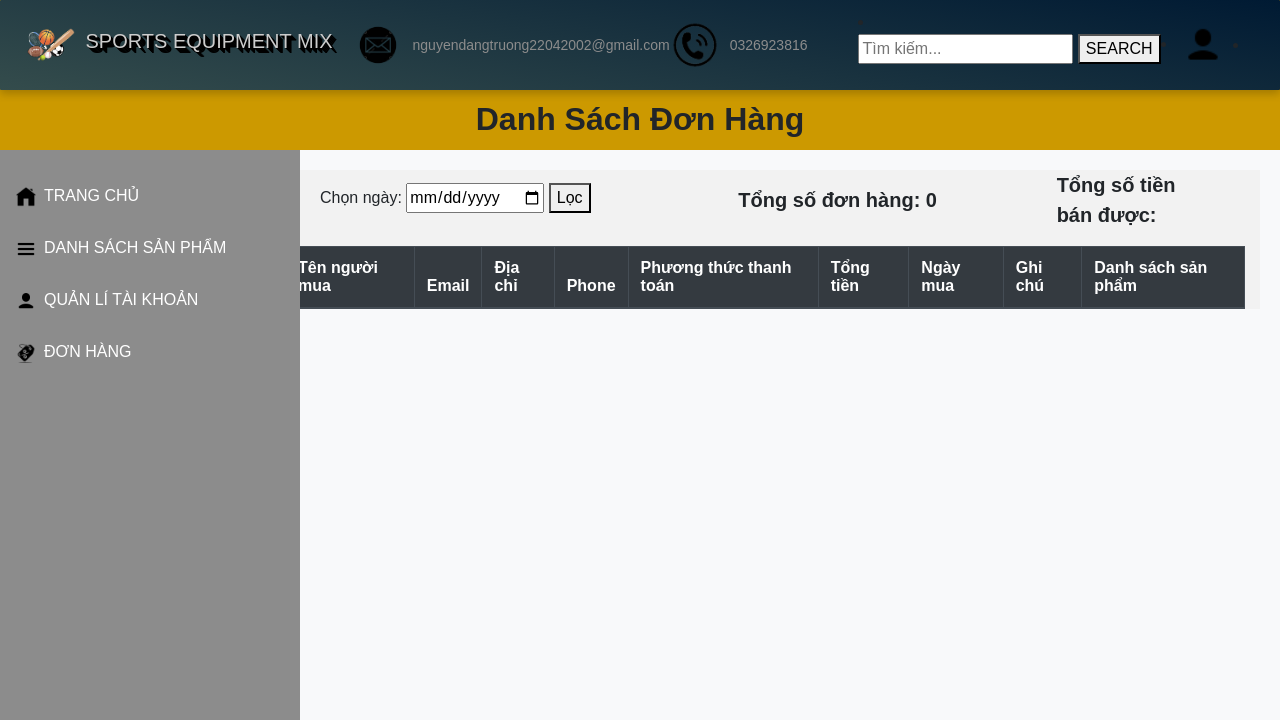
Repository: nguyendangtruong220420002/WWW-BanDungCuThietBiTheThao
Page: http://localhost/WebBanDungCuTheThao/QuanLy/DanhSachUser.jsp
The author's editor kept a copy of each file at every save. The page is drawn from the files as they stood at one save, then again after the next save.
The browser window is 1280 px wide. The pictures show the whole page.
The page is served by Tomcat 10. Other server files are loaded and not shown. The template is opened directly, without the code that normally fills it, so the values that code supplies are empty.

Above is the page before, as saved 2024-07-22 08:04:28.

### WebBanDungCuTheThao/src/main/webapp/QuanLy/DanhSachUser.jsp
<%@ page language="java" contentType="text/html; charset=UTF-8"
	pageEncoding="UTF-8"%>
<%@ taglib uri="http://java.sun.com/jsp/jstl/core" prefix="c"%>

<%@ taglib uri="http://java.sun.com/jsp/jstl/functions" prefix="fn"%>
<%@ taglib uri="http://java.sun.com/jsp/jstl/fmt" prefix="fmt"%>
<html>
<head>
<meta charset="UTF-8">
<title>Quản Lý User</title>
<link
	href="https://stackpath.bootstrapcdn.com/bootstrap/4.5.2/css/bootstrap.min.css"
	rel="stylesheet">
<!-- Bootstrap JS và jQuery -->
<script src="https://code.jquery.com/jquery-3.5.1.slim.min.js"></script>
<script
	src="https://cdn.jsdelivr.net/npm/@popperjs/core@2.9.2/dist/umd/popper.min.js"></script>
<script
	src="https://stackpath.bootstrapcdn.com/bootstrap/4.5.2/js/bootstrap.min.js"></script>
<style>
body {
	font-family: Arial, sans-serif;
	margin: 0;
	padding: 0;
	box-sizing: border-box;
	display: flex;
	flex-direction: column;
	min-height: 100vh;
}

.logo {
	display: flex;
	align-items: center;
	justify-content: space-around;
	padding: 10px;
	background: linear-gradient(10deg, #344c4c, #001a33);
	border-radius: 1px;
	box-shadow: 0 4px 8px rgba(0, 0, 0, 0.2);
}

.logo-left {
	display: flex;
	align-items: center;
}

.logo-right {
	display: flex;
	align-items: center;
}

.logo img {
	height: 50px;
	width: 50px;
	margin-right: 10px;
}

.logo h1 {
	font-size: 20px;
	text-shadow: 1px 1px 0 #000, 2px 2px 0 #000, 3px 3px 0 #000, 4px 4px 0
		#000, 5px 5px 0 #000;
	color: #cccccc;
	font-weight: 100;
	margin-right: 20px;
}

.contact-info {
	display: flex;
	align-items: center;
	margin-right: 20px;
}

.contact-info h2 {
	margin: 0;
	font-size: 14px;
	color: #8c8c8c;
}

.social-icons img {
	height: 40px;
	width: 40px;
	margin: 10px;
}

header {
	background-color: #cc9900;
	height: 150px;
}

.memu-icons {
	height: 15px;
	width: 15px;
	margin: 0 5px;
}

.user-menu {
	display: none;
	position: absolute;
	background-color: white;
	border: 1px solid #ccc;
	padding: 10px;
	right: 15px;
	top: 40px;
}

.user-menu a {
	display: block;
	color: #333;
	text-decoration: none;
	margin: 5px 0;
}

.user-icon {
	position: relative;
	cursor: pointer;
}

.sidebar {
	width: 300px;
	height: 100%;
	background-color: #8c8c8c;
	padding-top: 20px;
	position: fixed;
	top: 150px; /* Dưới header */
	left: 0;
	overflow-y: auto;
}

.nav-list {
	list-style-type: none;
	padding: 0;
	margin: 0;
}

.nav-list li {
	position: relative;
}

.nav-list li a {
	display: block;
	color: white;
	padding: 14px 16px;
	text-decoration: none;
}

.nav-list li a:hover {
	background-color: #111;
}

.menu-icons {
	height: 20px;
	width: 20px;
	margin-right: 8px;
}

.dropdown-content {
	display: none;
	background-color: #444;
	padding-left: 20px;
}

.dropdown-content a {
	color: white;
	padding: 12px 16px;
	text-decoration: none;
	display: block;
}

.dropdown-content a:hover {
	background-color: #555;
}

main {
	margin-left: 250px; /* Để lại khoảng trống cho sidebar */
	padding: 20px;
	flex: 1;
}

.show {
	display: block;
}
   .product-list {
        max-height: 100px; /* Chiều cao tối đa của danh sách sản phẩm */
        overflow: hidden; /* Ẩn nội dung vượt quá chiều cao tối đa */
        transition: max-height 0.3s ease; /* Hiệu ứng chuyển tiếp khi mở rộng */
    }

    .product-list.show-more {
        max-height: 100%; /* Chiều cao tối đa khi mở rộng */
    }

    .show-more-btn {
        cursor: pointer; /* Con trỏ chuột khi di chuột qua nút */
        color: #007bff; /* Màu chữ của nút "Xem thêm" */
        text-decoration: underline; /* Gạch chân chữ */
    }
</style>
<script>
	function toggleUserMenu() {
		var userMenu = document.getElementById("user-menu");
		if (userMenu.style.display === "block") {
			userMenu.style.display = "none";
		} else {
			userMenu.style.display = "block";
		}
	}
	function toggleDropdown(event) {
		event.preventDefault();
		var dropdownContent = event.currentTarget.nextElementSibling;
		dropdownContent.classList.toggle("show");
	}
	function filterByDate() {
	    // Lấy ngày từ form lọc
	    const filterDate = document.getElementById('filterDate').value;
	    const formattedDate = new Date(filterDate).toISOString().split('T')[0]; // Định dạng ngày theo yyyy-MM-dd

	    // Lấy tất cả các hàng trong bảng
	    const rows = document.querySelectorAll('#paymentsTableBody tr');

	    rows.forEach(row => {
	        // Lấy giá trị ngày từ thuộc tính data-date
	        const rowDate = row.getAttribute('data-date');

	        // So sánh ngày để quyết định hiển thị hoặc ẩn hàng
	        if (rowDate === formattedDate) {
	            row.style.display = ''; // Hiển thị hàng
	        } else {
	            row.style.display = 'none'; // Ẩn hàng
	        }
	    });
	}
	function toggleDescription(element) {
        var productList = element.previousElementSibling;
        if (productList.classList.contains('show-more')) {
            productList.classList.remove('show-more');
            element.textContent = 'Xem thêm';
        } else {
            productList.classList.add('show-more');
            element.textContent = 'Thu gọn';
        }
    }

</script>


</head>
<body>
	<header>
		<div class="logo">
			<div class="logo-left">
				<img alt="" src="IMG/logo.png">
				<h1>SPORTS EQUIPMENT MIX</h1>
				<div class="contact-info">
					<img alt="" src="IMG/thu.png" class="social-icons">
					<h2>nguyendangtruong22042002@gmail.com</h2>
					<img alt="" src="IMG/call.png" class="social-icons">
					<h2>0326923816</h2>
				</div>
			</div>
			<div class="logo-right">
				<li>
					<form action="search.jsp" method="get">
						<input type="text" name="query" placeholder="Tìm kiếm...">
						<button type="submit">SEARCH</button>
					</form>
				</li>
				<li><a href="#" class="user-icon" onclick="toggleUserMenu()"><img
						alt="" src="IMG/user.png" style="height: 40px; width: 40px"></a>
					<div id="user-menu" class="user-menu">
						<c:choose>
							<c:when test="${not empty sessionScope.ten}">
								<span class="user-info font-weight-bold text-black"> <c:out
										value="Xin chào: ${sessionScope.ten}" />
								</span>
								<button type="button" class="btn btn-danger"
									onclick="confirmLogout()">Đăng Xuất</button>
							</c:when>
							<c:otherwise>
								<button type="button" class="btn btn-primary"
									data-toggle="modal" data-target="#loginModal">Đăng
									Nhập</button>
								<button type="button" class="btn btn-primary"
									data-toggle="modal" data-target="#registerModal">Đăng
									Ký</button>
							</c:otherwise>
						</c:choose>
					</div></li>
				<li>
			</div>
		</div>
		<div style="text-align: center; margin-top: 10px">
			<h2 style="font-weight: bold;">Danh Sách Đơn Hàng</h2>
		</div>
	</header>
	<nav class="sidebar">
		<ul class="nav-list">
			<li><a href="Admin.jsp"><img alt="" src="IMG/home.png"
					class="menu-icons">TRANG CHỦ</a></li>
			<li class="dropdown"><a href="javascript:void(0)"
				class="dropbtn" onclick="toggleDropdown(event)"><img alt=""
					src="IMG/menu.png" class="menu-icons">DANH SÁCH SẢN PHẨM</a>
				<div class="dropdown-content">
					<a href="DanhSachLoaiSanPhamServlet">Loại Sản phẩm</a> <a
						href="DanhSachSanPhamServlet">Sản phẩm</a>
				</div></li>
			<li><a href="users.jsp"><img alt="" src="IMG/user.png"
					class="menu-icons">QUẢN LÍ TÀI KHOẢN</a></li>
			<li><a href="DSDonHangServlet"><img alt=""
					src="IMG/sale.png" class="menu-icons">ĐƠN HÀNG</a></li>
		</ul>
	</nav>
	<main>
		<div class="container"
			style="background-color: #f2f2f2; max-width: 1600px">

			<div class="content">
				<div class="row mb"
					style="display: flex; align-items: center; margin-left: 20px;">

					<div class="col-md-4" style="display: flex; align-items: center;">
						<form id="filterForm" method="get">
							<label for="filterDate">Chọn ngày:</label> <input type="date"
								id="filterDate" name="filterDate" value="${filterDate}" />
							<button type="submit">Lọc</button>
						</form>
					</div>

					<div class="col-md-4"
						style="font-weight: bold; font-size: 20px; margin-left: 100px">

						<p>Tổng số đơn hàng: ${fn:length(payments)}</p>
					</div>
					<div class="col-md"
						style="font-weight: bold; font-size: 20px; margin-right: 50px">

						<p>Tổng số tiền bán được: ${totalSales}</p>
					</div>
				</div>

			</div>
			<table class="table table-bordered">
				<thead class="thead-dark">
					<tr>
						<th>Tên người mua</th>
						<th>Email</th>
						<th>Địa chỉ</th>
						<th>Phone</th>
						<th>Phương thức thanh toán</th>
						<th>Tổng tiền</th>
						<th>Ngày mua</th>
						<th>Ghi chú</th>
						<th>Danh sách sản phẩm</th>
					</tr>

				</thead>
				<tbody id="paymentsTableBody">
					<c:forEach var="payment" items="${payments}">
						<tr>
							<td>${payment.hoten}</td>
							<td>${payment.email}</td>
							<td>${payment.address}</td>
							<td>${payment.phone}</td>
							<td>${payment.paymentMethod}</td>
							<td>${payment.total}</td>
							<td><fmt:formatDate value="${payment.purchaseDate}"
									pattern="dd-MM-yyyy HH:mm" /></td>
							<td>${payment.ghichu}</td>
							<td>
    <div class="product-container">
        <ul class="product-list">
            <c:forEach var="sanPham" items="${payment.sanPhams}">
                <li>Tên sản phẩm: ${sanPham.tensanpham}, Số lượng: ${sanPham.soluong}, Giá: ${sanPham.giagiam}</li>
            </c:forEach>
        </ul>
        <span class="show-more-btn" onclick="toggleDescription(this)" style="color:  #bfbfbf;">Xem thêm</span>
    </div>
</td>
						</tr>
					</c:forEach>
				</tbody>

			</table>
		</div>
	</main>


	<footer> </footer>

	<jsp:include page="../Modal/register.jsp" />
	<jsp:include page="../Modal/login.jsp" />
	<!-- Modal Đăng ký thành công -->
	<div class="modal fade" id="registerSuccessModal" tabindex="-1"
		role="dialog" aria-labelledby="registerSuccessModalLabel"
		aria-hidden="true">
		<div class="modal-dialog" role="document">
			<div class="modal-content">
				<div class="modal-header">
					<h5 class="modal-title" id="registerSuccessModalLabel">Đăng Ký
						Thành Công</h5>
					<button type="button" class="close" data-dismiss="modal"
						aria-label="Close">
						<span aria-hidden="true">&times;</span>
					</button>
				</div>
				<div class="modal-body">Chúc mừng! Bạn đã đăng ký thành công.
				</div>
				<div class="modal-footer">
					<button type="button" class="btn btn-secondary"
						data-dismiss="modal">Đóng</button>
				</div>
			</div>
		</div>
	</div>

	<!-- JavaScript để hiển thị modal khi cần -->
	<script>
        $(document).ready(function() {
            <%-- Kiểm tra xem thuộc tính registerSuccess có trong session không --%>
            <% if (session.getAttribute("registerSuccess") != null && (Boolean) session.getAttribute("registerSuccess")) { %>
                <%-- Hiển thị modal "Đăng ký thành công" --%>
                $('#registerSuccessModal').modal('show');
            <% }
               session.removeAttribute("registerSuccess");
            %>
        });
    </script>
	<!-- Modal Đăng nhập thành công -->
	<div class="modal fade" id="loginSuccessModal" tabindex="-1"
		role="dialog" aria-labelledby="loginSuccessModalLabel"
		aria-hidden="true">
		<div class="modal-dialog" role="document">
			<div class="modal-content">
				<div class="modal-header">
					<h5 class="modal-title" id="loginSuccessModalLabel">Đăng Nhập
						Thành Công</h5>
					<button type="button" class="close" data-dismiss="modal"
						aria-label="Close">
						<span aria-hidden="true">&times;</span>
					</button>
				</div>
				<div class="modal-body">Chào mừng bạn đã đăng nhập thành công.
				</div>
				<div class="modal-footer">
					<button type="button" class="btn btn-secondary"
						data-dismiss="modal">Đóng</button>
				</div>
			</div>
		</div>
	</div>
	<script>
    $(document).ready(function() {

        <% if (session.getAttribute("loginSuccess") != null && (Boolean) session.getAttribute("loginSuccess")) { %>
            $('#loginSuccessModal').modal('show');
            <% session.removeAttribute("loginSuccess"); %>

            // Thay đổi nút "Đăng Nhập" và "Đăng Ký" thành nút "Đăng Xuất"
            var tenuser = '${sessionScope.ten}'; // Lấy tên người dùng từ session
            $('#user-menu').html('<span class="user-info font-weight-bold text-black">Xin Chào  ' + tenuser + '</span>' +
                '<button type="button" class="btn btn-danger" onclick="confirmLogout()">Đăng Xuất</button>');
        <% } %>
    });

    function confirmLogout() {
        // Hiển thị modal xác nhận đăng xuất
        $('#confirmLogoutModal').modal('show');
    }

    function logout() {
    	window.location.href = "LogoutServlet";
    }
</script>
	<!-- Modal Đăng nhập không thành công -->
	<div class="modal fade" id="loginFailedModal" tabindex="-1"
		role="dialog" aria-labelledby="loginFailedModalLabel"
		aria-hidden="true">
		<div class="modal-dialog" role="document">
			<div class="modal-content">
				<div class="modal-header">
					<h5 class="modal-title" id="loginFailedModalLabel">Đăng Nhập
						Không Thành Công</h5>
					<button type="button" class="close" data-dismiss="modal"
						aria-label="Close">
						<span aria-hidden="true">&times;</span>
					</button>
				</div>
				<div class="modal-body">Đăng nhập không thành công. Vui lòng
					kiểm tra lại email và mật khẩu.</div>
				<div class="modal-footer">
					<button type="button" class="btn btn-secondary"
						data-dismiss="modal">Đóng</button>
				</div>
			</div>
		</div>
	</div>
	<script>
    $(document).ready(function() {
        <%-- Kiểm tra xem thuộc tính loginFailed có trong session không --%>
        <% if (session.getAttribute("loginFailed") != null && (Boolean) session.getAttribute("loginFailed")) { %>
            <%-- Hiển thị modal "Đăng nhập không thành công" --%>
            $('#loginFailedModal').modal('show');
        <% }
           session.removeAttribute("loginFailed");
        %>
    });
</script>
	<!-- Modal xác nhận đăng xuất -->
	<div class="modal fade" id="confirmLogoutModal" tabindex="-1"
		role="dialog" aria-labelledby="confirmLogoutModalLabel"
		aria-hidden="true">
		<div class="modal-dialog" role="document">
			<div class="modal-content">
				<div class="modal-header">
					<h5 class="modal-title" id="confirmLogoutModalLabel">Xác nhận
						đăng xuất</h5>
					<button type="button" class="close" data-dismiss="modal"
						aria-label="Close">
						<span aria-hidden="true">&times;</span>
					</button>
				</div>
				<div class="modal-body">Bạn có chắc chắn muốn đăng xuất không?
				</div>
				<div class="modal-footer">
					<button type="button" class="btn btn-secondary"
						data-dismiss="modal">Hủy</button>
					<button type="button" class="btn btn-primary" onclick="logout()">Đăng
						xuất</button>
				</div>
			</div>
		</div>
	</div>





</body>
</html>

### WebBanDungCuTheThao/src/main/webapp/Modal/register.jsp
<%@ page language="java" contentType="text/html; charset=UTF-8"
    pageEncoding="UTF-8"%>
<!DOCTYPE html>
<html>
<head>
<meta charset="UTF-8">
<title>Register</title>
<link rel="stylesheet" href="https://stackpath.bootstrapcdn.com/bootstrap/4.3.1/css/bootstrap.min.css">
<style>
body {
    font-family: Arial, sans-serif;
    background-color: #f8f9fa;
    margin: 0;
    padding: 0;
}
.modal-content {
    border-radius: 8px;
    border: none;
}
.modal-header {
    background-color: #007bff;
    color: #fff;
    border-bottom: none;
    border-top-left-radius: 8px;
    border-top-right-radius: 8px;
}
.modal-title {
    margin: 0;
    font-weight: bold;
}
.close {
    color: #fff;
    opacity: 1;
}
.modal-body {
    padding: 20px;
}
.form-group label {
    font-weight: bold;
}
.form-control {
    border-radius: 4px;
    border: 1px solid #ced4da;
    padding: 10px;
}
.btn-primary {
    background-color: #007bff;
    border: none;
    border-radius: 4px;
    padding: 10px 20px;
}
.btn-primary:hover {
    background-color: #0056b3;
}
</style>
</head>
<body>
<div class="modal fade" id="registerModal" tabindex="-1" role="dialog" aria-labelledby="registerModalLabel" aria-hidden="true">
  <div class="modal-dialog" role="document">
    <div class="modal-content">
      <div class="modal-header">
        <h5 class="modal-title" id="registerModalLabel">Đăng Ký</h5>
        <button type="button" class="close" data-dismiss="modal" aria-label="Close">
          <span aria-hidden="true">&times;</span>
        </button>
      </div>
      <div class="modal-body">
        <form action="UserServlet" method="post">
          <div class="form-group">
            <label for="username">Họ và Tên</label>
            <input type="text" class="form-control" id="tenuser" name="tenuser" required>
          </div>
          <div class="form-group">
            <label for="password">Mật Khẩu</label>
            <input type="password" class="form-control" id="password" name="password" required>
          </div>
          <div class="form-group">
            <label for="email">Email</label>
            <input type="email" class="form-control" id="email" name="email" required>
          </div>
          <button type="submit" class="btn btn-primary">Đăng Ký</button>
        </form>
      </div>
    </div>
  </div>
</div>
<script src="https://code.jquery.com/jquery-3.3.1.slim.min.js"></script>
<script src="https://cdnjs.cloudflare.com/ajax/libs/popper.js/1.14.7/umd/popper.min.js"></script>
<script src="https://stackpath.bootstrapcdn.com/bootstrap/4.3.1/js/bootstrap.min.js"></script>
</body>
</html>

### WebBanDungCuTheThao/src/main/webapp/Modal/login.jsp
<%@ page language="java" contentType="text/html; charset=UTF-8"
	pageEncoding="UTF-8"%>
<%@ taglib uri="http://java.sun.com/jsp/jstl/core" prefix="c"%>
<!DOCTYPE html>
<html>
<head>
<meta charset="UTF-8">
<title>Login</title>
<link rel="stylesheet"
	href="https://stackpath.bootstrapcdn.com/bootstrap/4.3.1/css/bootstrap.min.css">
<style>
body {
	font-family: Arial, sans-serif;
	background-color: #f8f9fa;
	margin: 0;
	padding: 0;
}

.modal-content {
	border-radius: 8px;
	border: none;
}

.modal-header {
	background-color: #007bff;
	color: #fff;
	border-bottom: none;
	border-top-left-radius: 8px;
	border-top-right-radius: 8px;
}

.modal-title {
	margin: 0;
	font-weight: bold;
}

.close {
	color: #fff;
	opacity: 1;
}

.modal-body {
	padding: 20px;
}

.form-group label {
	font-weight: bold;
}

.form-control {
	border-radius: 4px;
	border: 1px solid #ced4da;
	padding: 10px;
}

.btn-primary {
	background-color: #007bff;
	border: none;
	border-radius: 4px;
	padding: 10px 20px;
}

.btn-primary:hover {
	background-color: #0056b3;
}
</style>
</head>
<body>
	<div class="modal fade" id="loginModal" tabindex="-1" role="dialog"
		aria-labelledby="loginModalLabel" aria-hidden="true">
		<div class="modal-dialog" role="document">
			<div class="modal-content">
				<div class="modal-header">
					<h5 class="modal-title" id="loginModalLabel">Đăng Nhập</h5>
					<button type="button" class="close" data-dismiss="modal"
						aria-label="Close">
						<span aria-hidden="true">&times;</span>
					</button>
				</div>
				<div class="modal-body">
					<form action="LoginServlet" method="post">
						<div class="form-group">
							<label for="email">Email :</label> <input type="text"
								class="form-control" id="email" name="email" required>

						</div>
						<div class="form-group">
							<label for="password">Mật Khẩu:</label> <input type="password"
								class="form-control" id="password" name="password" required>
						</div>
						<div class="form-group">
							<div class="checkbox">
								<label><input type="checkbox" name="remember">
									Nhớ tài khoảng</label>
							</div>
						</div>
						<button type="submit" class="btn btn-primary">Đăng Nhập</button>
					</form>
				</div>
			</div>
		</div>
	</div>
	<script src="https://code.jquery.com/jquery-3.3.1.slim.min.js"></script>
	<script
		src="https://cdnjs.cloudflare.com/ajax/libs/popper.js/1.14.7/umd/popper.min.js"></script>
	<script
		src="https://stackpath.bootstrapcdn.com/bootstrap/4.3.1/js/bootstrap.min.js"></script>
</body>
</html>

After the next save:
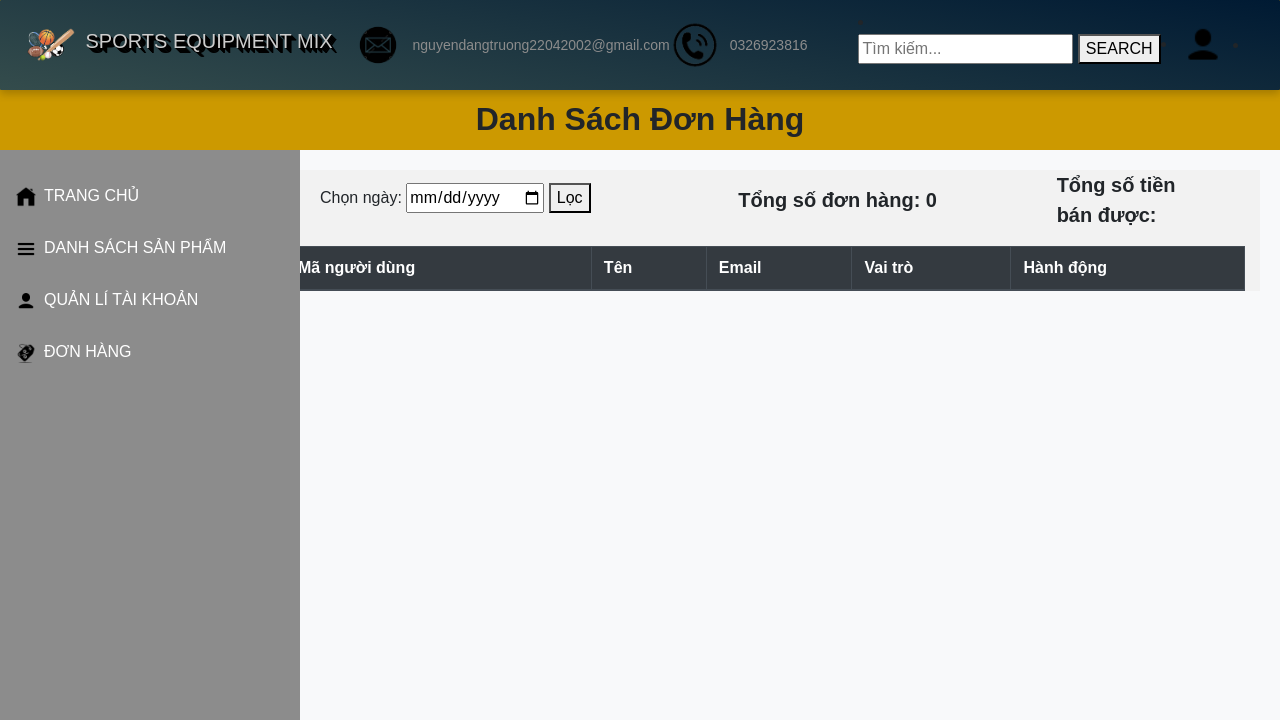
Saved 19 s later.
--- a/WebBanDungCuTheThao/src/main/webapp/QuanLy/DanhSachUser.jsp
+++ b/WebBanDungCuTheThao/src/main/webapp/QuanLy/DanhSachUser.jsp
@@ -340,16 +340,12 @@ main {
 			<table class="table table-bordered">
 				<thead class="thead-dark">
 					<tr>
-						<th>Tên người mua</th>
-						<th>Email</th>
-						<th>Địa chỉ</th>
-						<th>Phone</th>
-						<th>Phương thức thanh toán</th>
-						<th>Tổng tiền</th>
-						<th>Ngày mua</th>
-						<th>Ghi chú</th>
-						<th>Danh sách sản phẩm</th>
-					</tr>
+                <th>Mã người dùng</th>
+                <th>Tên</th>
+                <th>Email</th>
+                <th>Vai trò</th>
+                <th>Hành động</th>
+            </tr>
 
 				</thead>
 				<tbody id="paymentsTableBody">
